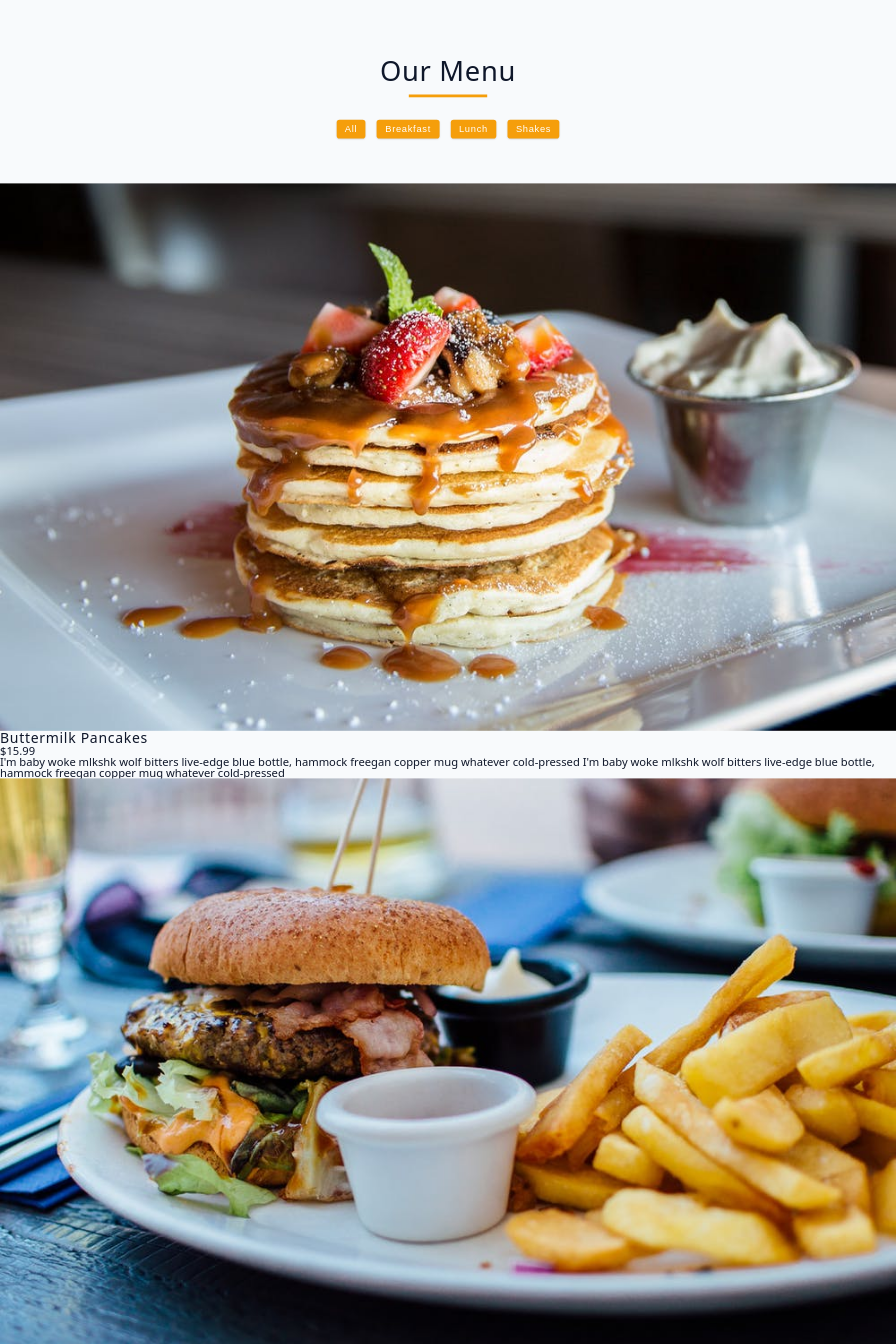
Repository: dydals3440/React-Projects
Page: / (app in 04-fundamental-projects/05-menu/starter/)
An editor plug-in stored every save of this project. The page is shown before and after the next save, followed by the edit.
The browser window is 1280 px wide. The pictures show the part of the page from y = 0 to 1920 px (the page is 9182 px tall before and 8346 px after), at 70% of full size.
The project was rebuilt for these pictures with package versions that can differ from the ones it lists, and the page was loaded fresh each time. Also part of the build but not shown: 04-fundamental-projects/05-menu/starter/vite.config.js.

Above is the page before, as saved 2023-09-07 13:52:09.

### 04-fundamental-projects/05-menu/starter/src/App.jsx
import { useState } from 'react';
import Title from './Title';
import menu from './data';
import Menu from './Menu';
import Categories from './Categories';

// const tempCategories = menu.map((item) => item.category);
// // 중복된 카테고리를 제외!
// const tempSet = new Set(tempCategories);
// const tempItems = ['all', ...tempSet];
// console.log(tempItems);

const allCategories = ['all', ...new Set(menu.map((item) => item.category))];

const App = () => {
  const [menuItems, setMenuItems] = useState(menu);
  const [categories, setCategories] = useState(allCategories);
  const filterItems = (category) => {
    if (category === 'all') {
      setMenuItems(menu);
      return;
    }
    const newItems = menu.filter((item) => item.category === category);
    setMenuItems(newItems);
  };

  return (
    <main>
      <section className='menu'>
        <Title text='our menu' />
        <Categories categories={categories} filterItems={filterItems} />
        <Menu items={menuItems} />
      </section>
    </main>
  );
};
export default App;

### 04-fundamental-projects/05-menu/starter/src/index.css
/* ============= GLOBAL CSS =============== */

*,
::after,
::before {
  margin: 0;
  padding: 0;
  box-sizing: border-box;
}

html {
  font-size: 100%;
} /*16px*/

:root {
  /* colors */
  --primary-100: #fef3c7;
  --primary-200: #fde68a;
  --primary-300: #fcd34d;
  --primary-400: #fbbf24;
  --primary-500: #f59e0b;
  --primary-600: #d97706;
  --primary-700: #b45309;
  --primary-800: #92400e;
  --primary-900: #78350f;

  /* grey */
  --grey-50: #f8fafc;
  --grey-100: #f1f5f9;
  --grey-200: #e2e8f0;
  --grey-300: #cbd5e1;
  --grey-400: #94a3b8;
  --grey-500: #64748b;
  --grey-600: #475569;
  --grey-700: #334155;
  --grey-800: #1e293b;
  --grey-900: #0f172a;
  /* rest of the colors */
  --black: #222;
  --white: #fff;
  --red-light: #f8d7da;
  --red-dark: #842029;
  --green-light: #d1e7dd;
  --green-dark: #0f5132;

  --small-text: 0.875rem;
  --extra-small-text: 0.7em;
  /* rest of the vars */
  --backgroundColor: var(--grey-50);
  --textColor: var(--grey-900);
  --borderRadius: 0.25rem;
  --letterSpacing: 1px;
  --transition: 0.3s ease-in-out all;
  --max-width: 1120px;
  --fixed-width: 600px;

  /* box shadow*/
  --shadow-1: 0 1px 3px 0 rgba(0, 0, 0, 0.1), 0 1px 2px 0 rgba(0, 0, 0, 0.06);
  --shadow-2: 0 4px 6px -1px rgba(0, 0, 0, 0.1),
    0 2px 4px -1px rgba(0, 0, 0, 0.06);
  --shadow-3: 0 10px 15px -3px rgba(0, 0, 0, 0.1),
    0 4px 6px -2px rgba(0, 0, 0, 0.05);
  --shadow-4: 0 20px 25px -5px rgba(0, 0, 0, 0.1),
    0 10px 10px -5px rgba(0, 0, 0, 0.04);
}

body {
  background: var(--backgroundColor);
  font-family: system-ui, -apple-system, BlinkMacSystemFont, 'Segoe UI', Roboto,
    Oxygen, Ubuntu, Cantarell, 'Open Sans', 'Helvetica Neue', sans-serif;
  font-weight: 400;
  line-height: 1;
  color: var(--textColor);
}
p {
  margin: 0;
}
h1,
h2,
h3,
h4,
h5 {
  margin: 0;
  font-family: var(--headingFont);
  font-weight: 400;
  line-height: 1;
  text-transform: capitalize;
  letter-spacing: var(--letterSpacing);
}

h1 {
  font-size: 3.052rem;
}

h2 {
  font-size: 2.441rem;
}

h3 {
  font-size: 1.953rem;
}

h4 {
  font-size: 1.563rem;
}

h5 {
  font-size: 1.25rem;
}

.text {
  margin-bottom: 1.5rem;
  max-width: 40em;
}

small,
.text-small {
  font-size: var(--small-text);
}

a {
  text-decoration: none;
}
ul {
  list-style-type: none;
  padding: 0;
}

.img {
  width: 100%;
  display: block;
  object-fit: cover;
}
/* buttons */

.btn {
  cursor: pointer;
  color: var(--white);
  background: var(--primary-500);
  border: transparent;
  border-radius: var(--borderRadius);
  letter-spacing: var(--letterSpacing);
  padding: 0.375rem 0.75rem;
  box-shadow: var(--shadow-1);
  transition: var(--transition);
  text-transform: capitalize;
  display: inline-block;
}
.btn:hover {
  background: var(--primary-700);
  box-shadow: var(--shadow-3);
}
.btn-hipster {
  color: var(--primary-500);
  background: var(--primary-200);
}
.btn-hipster:hover {
  color: var(--primary-200);
  background: var(--primary-700);
}
.btn-block {
  width: 100%;
}

/* alerts */
.alert {
  padding: 0.375rem 0.75rem;
  margin-bottom: 1rem;
  border-color: transparent;
  border-radius: var(--borderRadius);
}

.alert-danger {
  color: var(--red-dark);
  background: var(--red-light);
}
.alert-success {
  color: var(--green-dark);
  background: var(--green-light);
}
/* form */

.form {
  width: 90vw;
  max-width: var(--fixed-width);
  background: var(--white);
  border-radius: var(--borderRadius);
  box-shadow: var(--shadow-2);
  padding: 2rem 2.5rem;
  margin: 3rem auto;
}
.form-label {
  display: block;
  font-size: var(--small-text);
  margin-bottom: 0.5rem;
  text-transform: capitalize;
  letter-spacing: var(--letterSpacing);
}
.form-input,
.form-textarea {
  width: 100%;
  padding: 0.375rem 0.75rem;
  border-radius: var(--borderRadius);
  background: var(--backgroundColor);
  border: 1px solid var(--grey-200);
}

.form-row {
  margin-bottom: 1rem;
}

.form-textarea {
  height: 7rem;
}
::placeholder {
  font-family: inherit;
  color: var(--grey-400);
}
.form-alert {
  color: var(--red-dark);
  letter-spacing: var(--letterSpacing);
  text-transform: capitalize;
}
/* alert */

@keyframes spinner {
  to {
    transform: rotate(360deg);
  }
}

.loading {
  width: 6rem;
  height: 6rem;
  border: 5px solid var(--grey-400);
  border-radius: 50%;
  border-top-color: var(--primary-500);
  animation: spinner 0.6s linear infinite;
  margin: 0 auto;
}

/* title */

.title {
  text-align: center;
}

.title-underline {
  background: var(--primary-500);
  width: 7rem;
  height: 0.25rem;
  margin: 0 auto;
  margin-top: 1rem;
}
/* ============= PROJECT CSS =============== */
.menu {
  padding: 5rem 0;
}

.btn-container {
  margin: 2rem 0 4rem 0;
  display: flex;
  justify-content: center;
  flex-wrap: wrap;
  gap: 1rem;
}

### 04-fundamental-projects/05-menu/starter/src/Title.jsx
function Title({ text }) {
  return (
    <div className='title'>
      <h2>{text || 'Default Title'}</h2>
      <div className='title-underline'></div>
    </div>
  );
}

export default Title;

### 04-fundamental-projects/05-menu/starter/src/data.js
const menu = [
  {
    id: 1,
    title: 'buttermilk pancakes',
    category: 'breakfast',
    price: 15.99,
    img: '/images/item-1.jpeg',
    desc: `I'm baby woke mlkshk wolf bitters live-edge blue bottle, hammock freegan copper mug whatever cold-pressed I'm baby woke mlkshk wolf bitters live-edge blue bottle, hammock freegan copper mug whatever cold-pressed `,
  },
  {
    id: 2,
    title: 'diner double',
    category: 'lunch',
    price: 13.99,
    img: '/images/item-2.jpeg',
    desc: `vaporware iPhone mumblecore selvage raw denim slow-carb leggings gochujang helvetica man braid jianbing. Marfa thundercats `,
  },
  {
    id: 3,
    title: 'godzilla milkshake',
    category: 'shakes',
    price: 6.99,
    img: '/images/item-3.jpeg',
    desc: `ombucha chillwave fanny pack 3 wolf moon street art photo booth before they sold out organic viral.`,
  },
  {
    id: 4,
    title: 'country delight',
    category: 'breakfast',
    price: 20.99,
    img: '/images/item-4.jpeg',
    desc: `Shabby chic keffiyeh neutra snackwave pork belly shoreditch. Prism austin mlkshk truffaut, `,
  },
  {
    id: 5,
    title: 'egg attack',
    category: 'lunch',
    price: 22.99,
    img: '/images/item-5.jpeg',
    desc: `franzen vegan pabst bicycle rights kickstarter pinterest meditation farm-to-table 90's pop-up `,
  },
  {
    id: 6,
    title: 'oreo dream',
    category: 'shakes',
    price: 18.99,
    img: '/images/item-6.jpeg',
    desc: `Portland chicharrones ethical edison bulb, palo santo craft beer chia heirloom iPhone everyday`,
  },
  {
    id: 7,
    title: 'bacon overflow',
    category: 'breakfast',
    price: 8.99,
    img: '/images/item-7.jpeg',
    desc: `carry jianbing normcore freegan. Viral single-origin coffee live-edge, pork belly cloud bread iceland put a bird `,
  },
  {
    id: 8,
    title: 'american classic',
    category: 'lunch',
    price: 12.99,
    img: '/images/item-8.jpeg',
    desc: `on it tumblr kickstarter thundercats migas everyday carry squid palo santo leggings. Food truck truffaut  `,
  },
  {
    id: 9,
    title: 'quarantine buddy',
    category: 'shakes',
    price: 16.99,
    img: '/images/item-9.jpeg',
    desc: `skateboard fam synth authentic semiotics. Live-edge lyft af, edison bulb yuccie crucifix microdosing.`,
  },
];
export default menu;

### 04-fundamental-projects/05-menu/starter/src/Menu.jsx
import MenuItem from './MenuItem';

const Menu = ({ items }) => {
  return (
    <div className='section-center'>
      {items.map((menuItem) => {
        return <MenuItem key={menuItem.id} {...menuItem} />;
      })}
    </div>
  );
};

export default Menu;

### 04-fundamental-projects/05-menu/starter/src/Categories.jsx
const Categories = ({ categories, filterItems }) => {
  return (
    <div className='btn-container'>
      {categories.map((category) => {
        return (
          <button
            type='button'
            className='btn'
            key={category}
            // 카테고리를 통과해야하기 떄문에 화살표함수 기능을 제공해야함.
            onClick={() => filterItems(category)}
          >
            {category}
          </button>
        );
      })}
    </div>
  );
};

export default Categories;

### 04-fundamental-projects/05-menu/starter/src/MenuItem.jsx
const MenuItem = ({ img, title, price, desc }) => {
  return (
    <article className='menu-item'>
      <img src={img} alt={title} className='img' />
      <div className='item-info'>
        <header>
          <h5>{title}</h5>
          <span className='item-price'>${price}</span>
        </header>
        <p className='item-text'>{desc}</p>
      </div>
    </article>
  );
};

export default MenuItem;

Loaded but not shown: 04-fundamental-projects/05-menu/starter/index.html (common file); 04-fundamental-projects/05-menu/starter/src/main.jsx (common file)

After the next save:
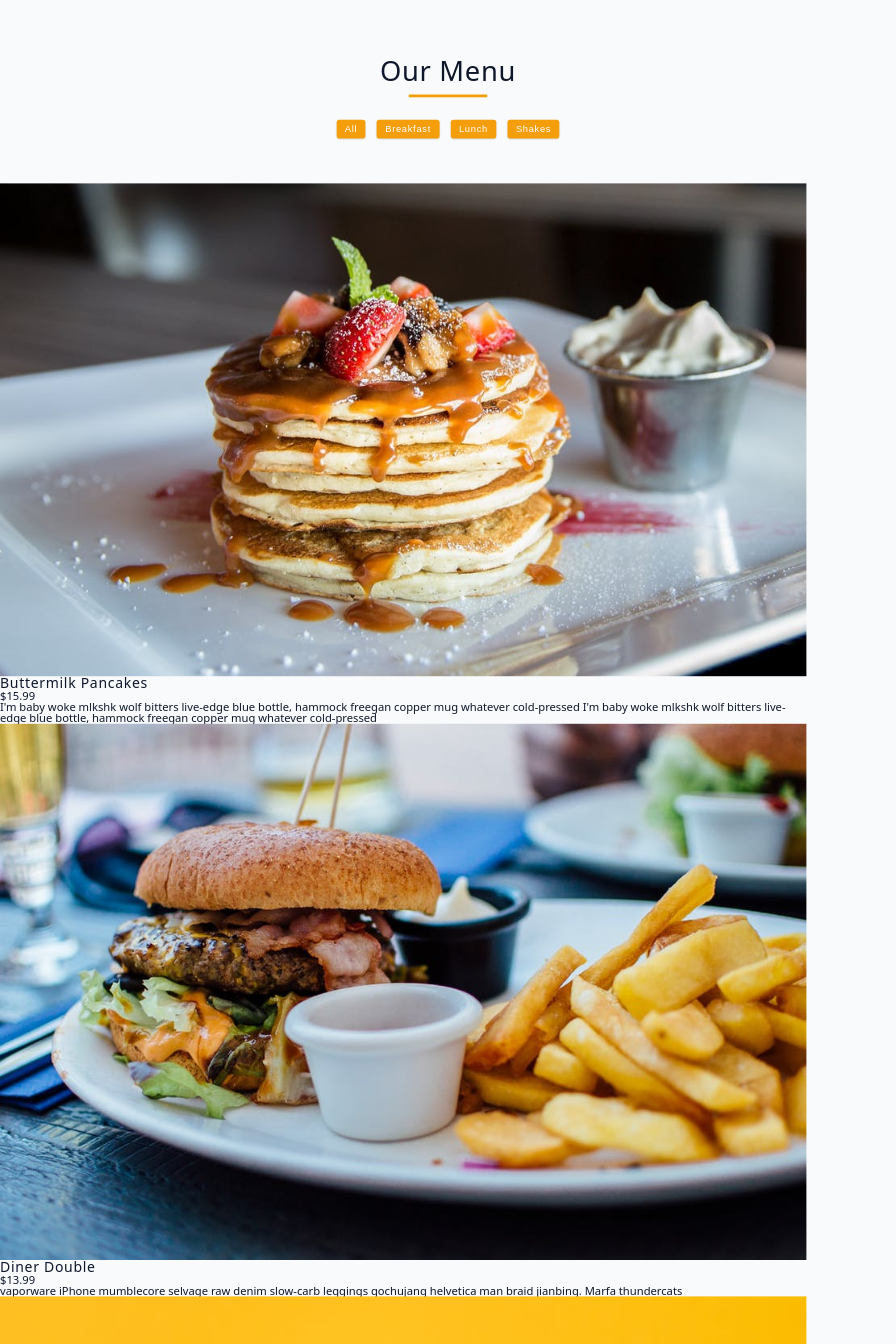
Saved 48 s later.
--- a/04-fundamental-projects/05-menu/starter/src/index.css
+++ b/04-fundamental-projects/05-menu/starter/src/index.css
@@ -264,3 +264,7 @@ ul {
   flex-wrap: wrap;
   gap: 1rem;
 }
+
+.section-center {
+  width: 90vw;
+}
